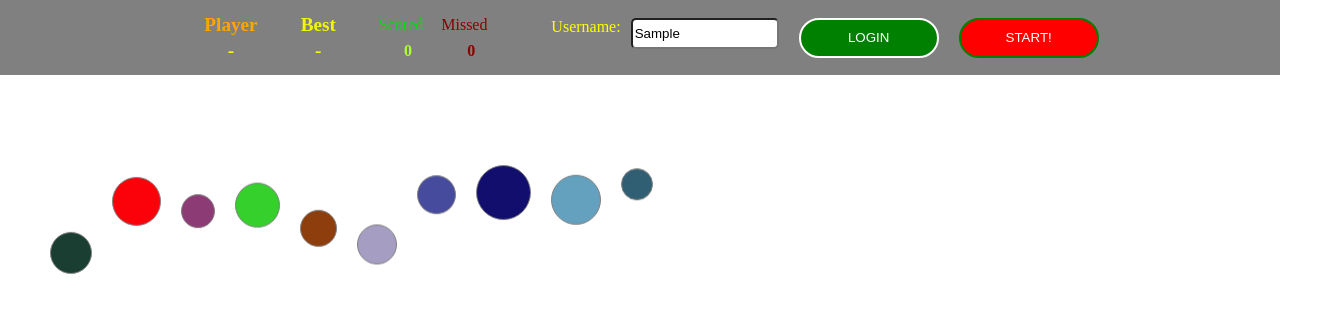
Repository: Anuradis/playball-game
Page: index.html
These files come from the project's save history. The page is drawn as it stood at one moment and after the next save; the edit follows.
The browser window is 1280 px wide. The page is 1320 px wide, so the pictures cover 1320 px, including what lies to the right of the window. The pictures show the whole page.
Empty fields were first filled with sample values (such as "Sample", 5 or name@example.com).
After loading, the first visible `button.start` was clicked once.

Above is the page before, as saved 2019-08-09 13:38:05.

After the next save:
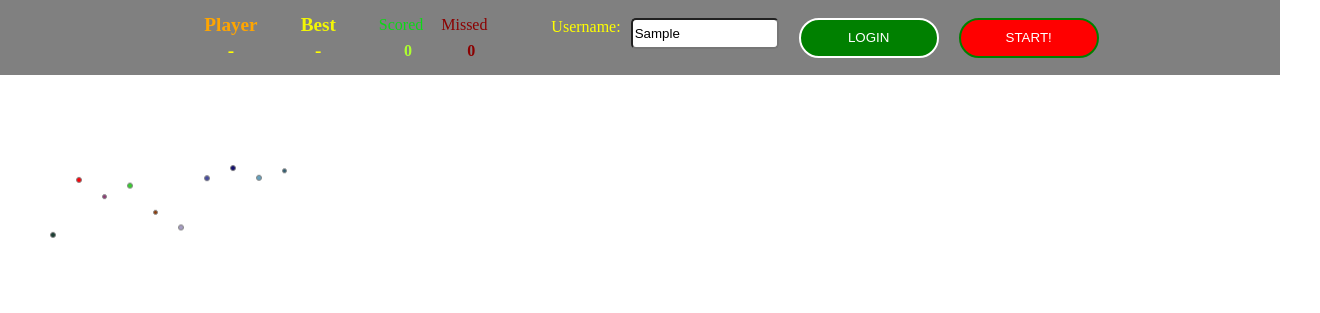
Saved 104 s later.
--- a/app.js
+++ b/app.js
@@ -39,7 +39,7 @@ function addText(){
 //creating random cirlces
 let createRandomCircles = () => {
   const randomColor = (() => Math.floor(Math.random() * 256));
-  const randomCircleSize = (() => Math.floor(Math.random() * (60 - 15)) + 15);
+  const randomCircleSize = (() => Math.floor(Math.random() * (5 - 3)) +3);
   randomCirclesNumber = Math.floor(Math.random() * (10 - 2 + 1)) + 2;
   for (let i = 0; i <= randomCirclesNumber - 1; i++) {
     circle = document.createElement("li")
